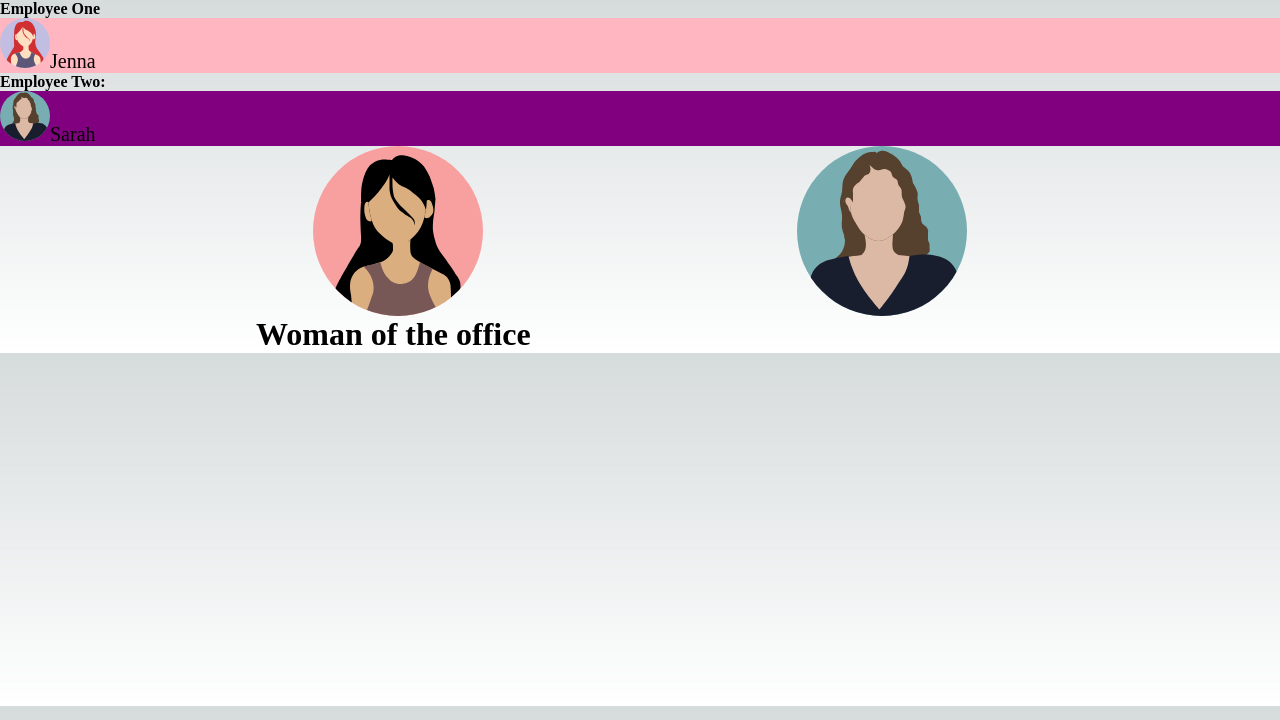
Repository: bguemos/week3example
Page: /About
These files come from the project's save history. The page is drawn as it stood at one moment and after the next save; the edit follows.
The browser window is 1280 px wide. The pictures show the whole page.
The project was rebuilt for these pictures with package versions that can differ from the ones it lists, and the page was loaded fresh each time. The framework's server and built-in components were replaced by stand-ins that run in the browser. Also part of the build but not shown: next.config.js.

Above is the page before, as saved 2023-01-22 16:59:52.

After the next save:
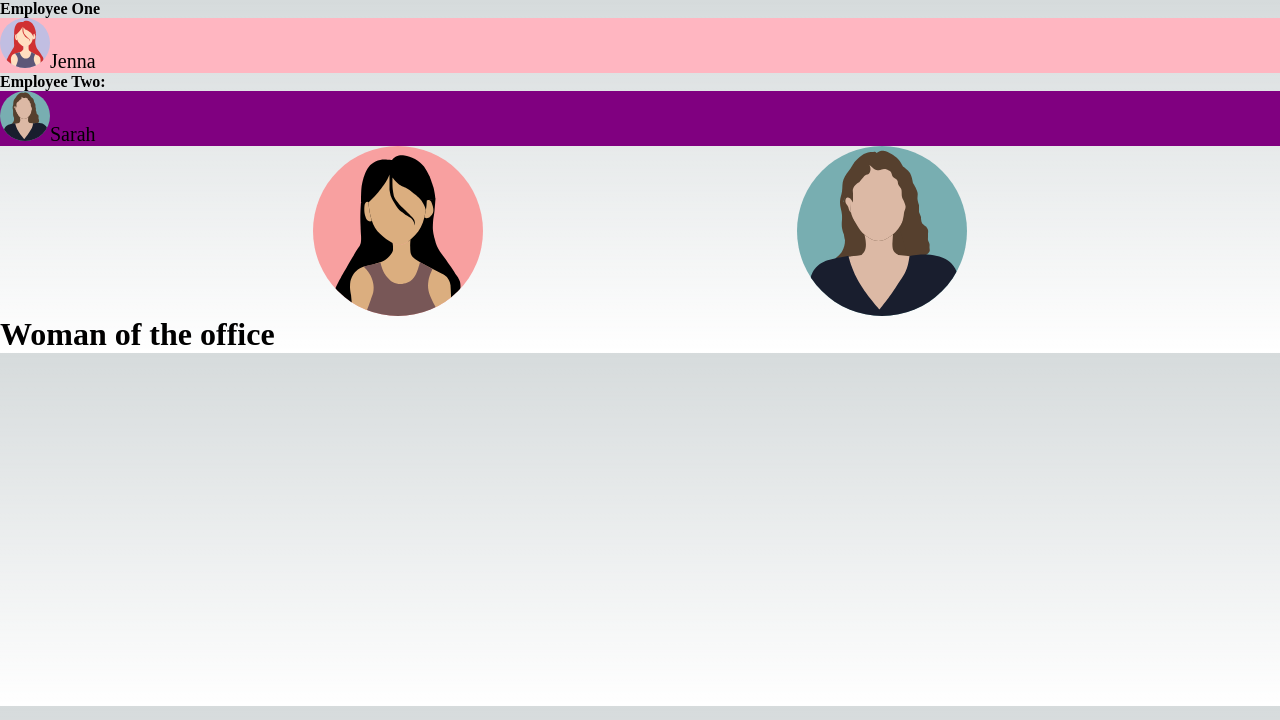
Saved 14 min 40 s later.
--- a/styles/info.module.css
+++ b/styles/info.module.css
@@ -5,6 +5,7 @@
 
 }
 .header{
-   margin-left: 20%;
-   margin-right: 20%;
+  display: flex;
+  flex-direction: row;
+  justify-content: space-between;
 }
